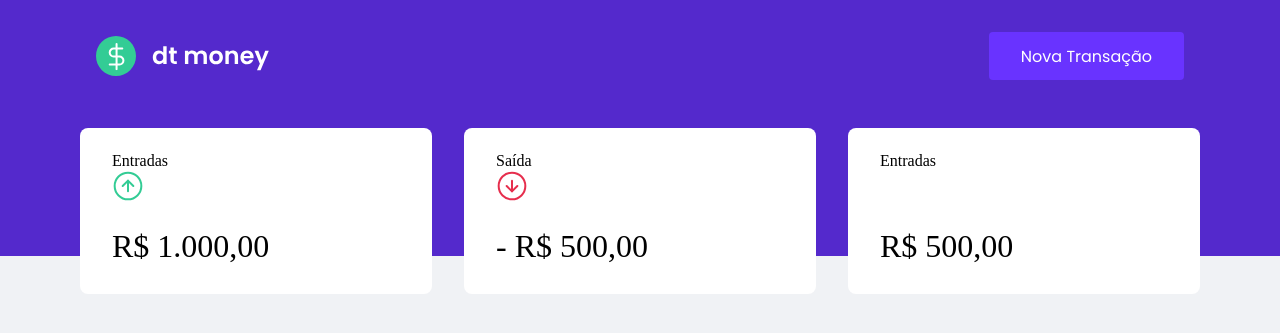
Repository: viniciusfg05/vlmoney
Page: /
An editor plug-in stored every save of this project. The page is shown before and after the next save, followed by the edit.
The browser window is 1280 px wide. The pictures show the whole page.
The project was rebuilt for these pictures with package versions that can differ from the ones it lists, and the page was loaded fresh each time.

Above is the page before, as saved 2022-02-21 14:45:08.

After the next save:
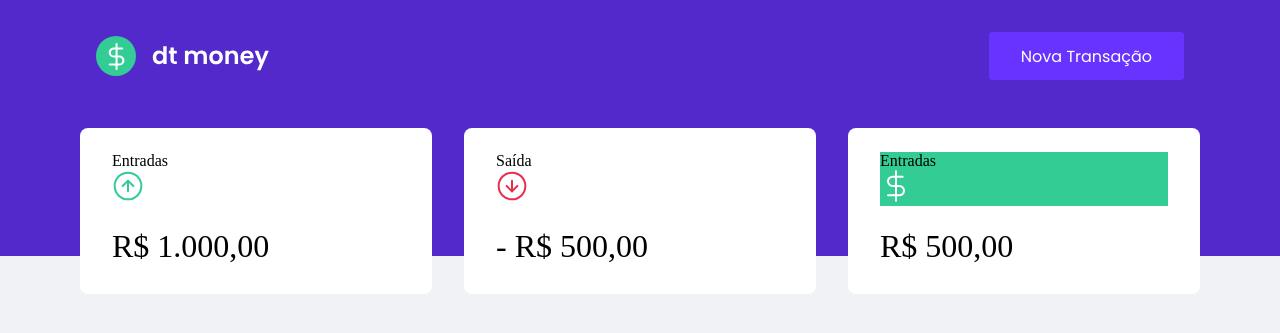
Saved 31 s later.
--- a/src/components/summary/styles.ts
+++ b/src/components/summary/styles.ts
@@ -26,7 +26,7 @@ import styled from "styled-components";
       line-height: 3rem; //ocupar um pouco mais de espaço dentro
     }
 
-    &.light-background {
+    .light-background {
       background: var(--green)
     }
   }

After the save that followed:
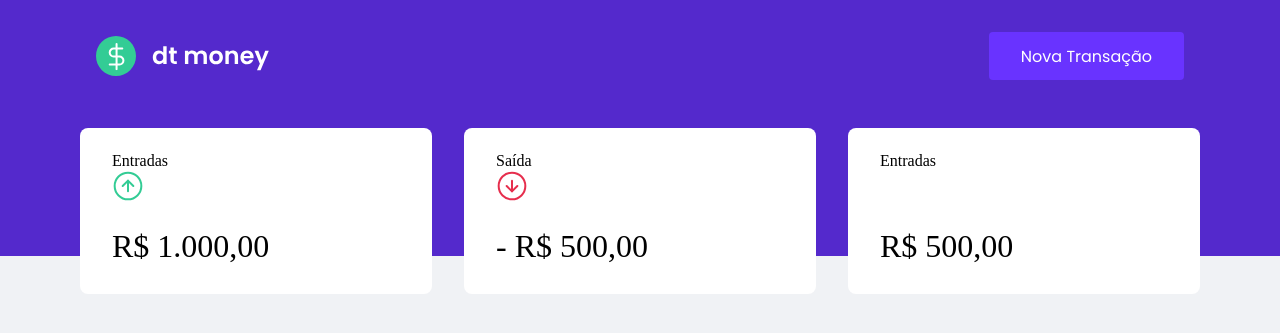
Saved 16 s later.
--- a/src/components/summary/index.tsx
+++ b/src/components/summary/index.tsx
@@ -25,8 +25,8 @@ import { Container } from "./styles";
         <strong>- R$ 500,00</strong>
       </div>
 
-      <div>
-        <header className="light-background">
+      <div className="light-background">
+        <header>
           <p>Entradas</p>
           <img src={totalImg} alt="total" />
         </header>
